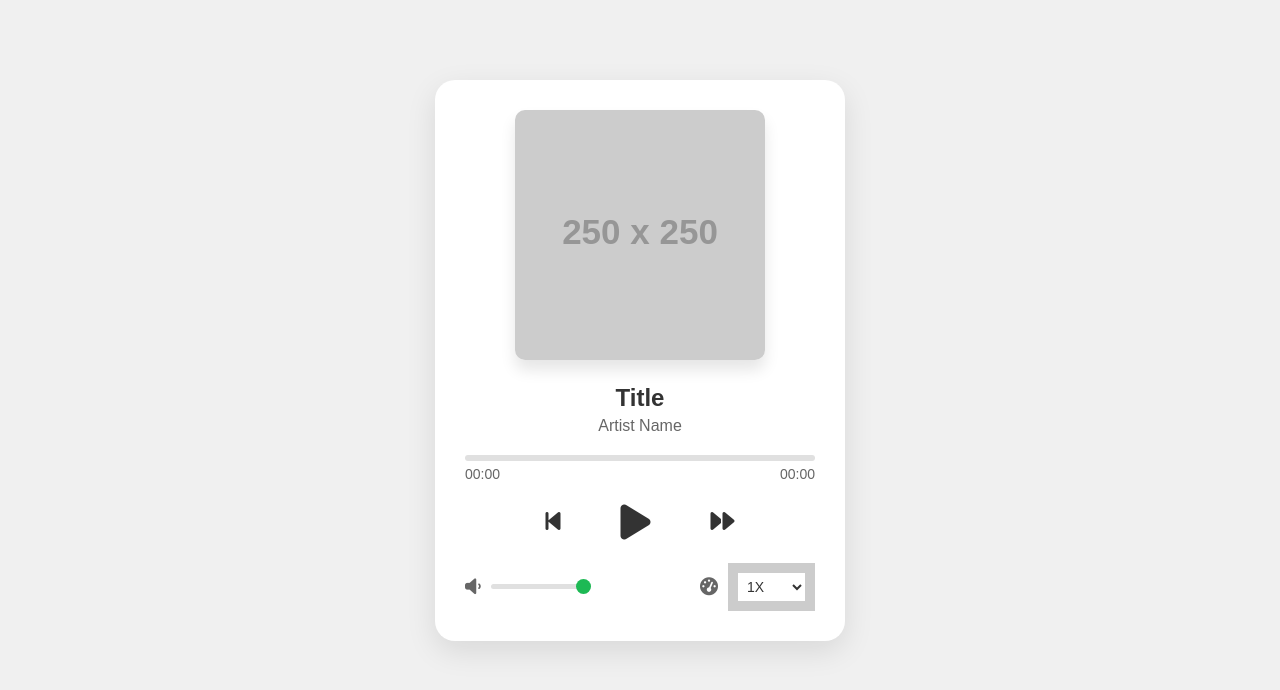
Repository: Abdulahi338/mp3-player-using-js
Page: AudioPlayer/index.html
The author's editor kept a copy of each file at every save. The page is drawn from the files as they stood at one save, then again after the next save.
The browser window is 1280 px wide. The pictures show the whole page.

Above is the page before, as saved 2025-02-02 17:44:56.

After the next save:
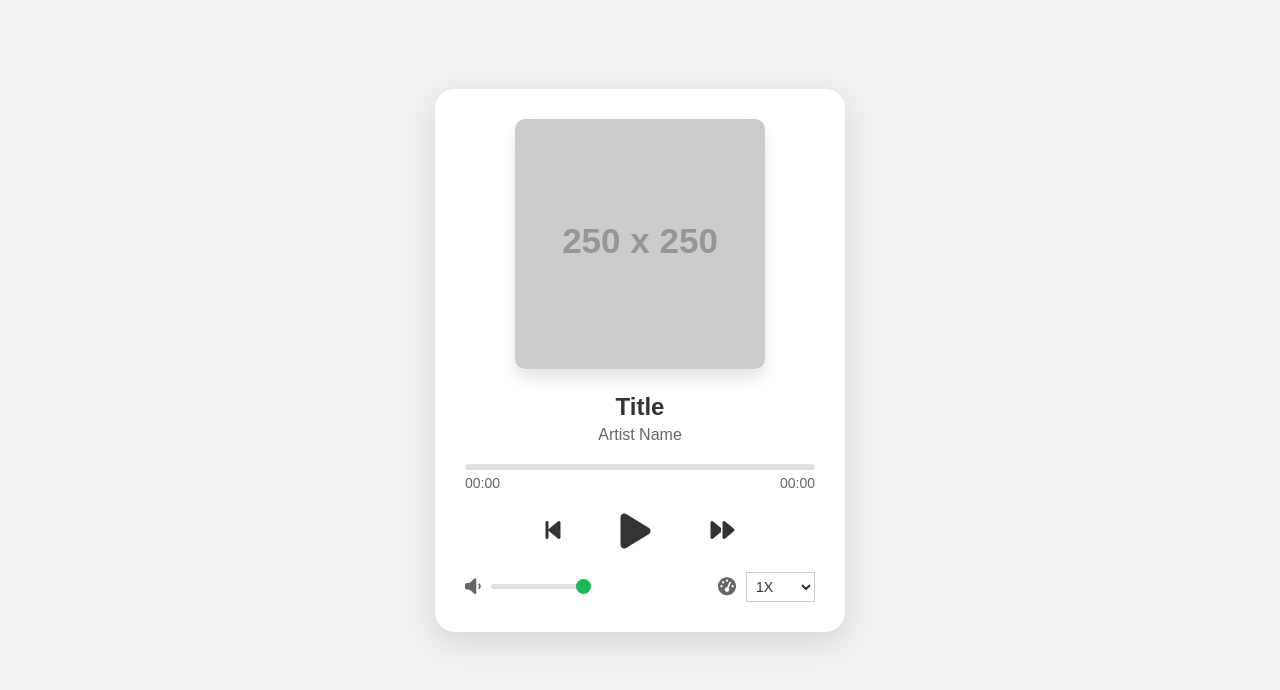
Saved 3 s later.
--- a/AudioPlayer/style.css
+++ b/AudioPlayer/style.css
@@ -123,7 +123,7 @@ body{
 }
 #speed{
     padding: 5px;
-    border: 10px solid #ccc;
+    border: 1px solid #ccc;
     background-color: #fff;
     color: #333;
     font-size: 14px;
